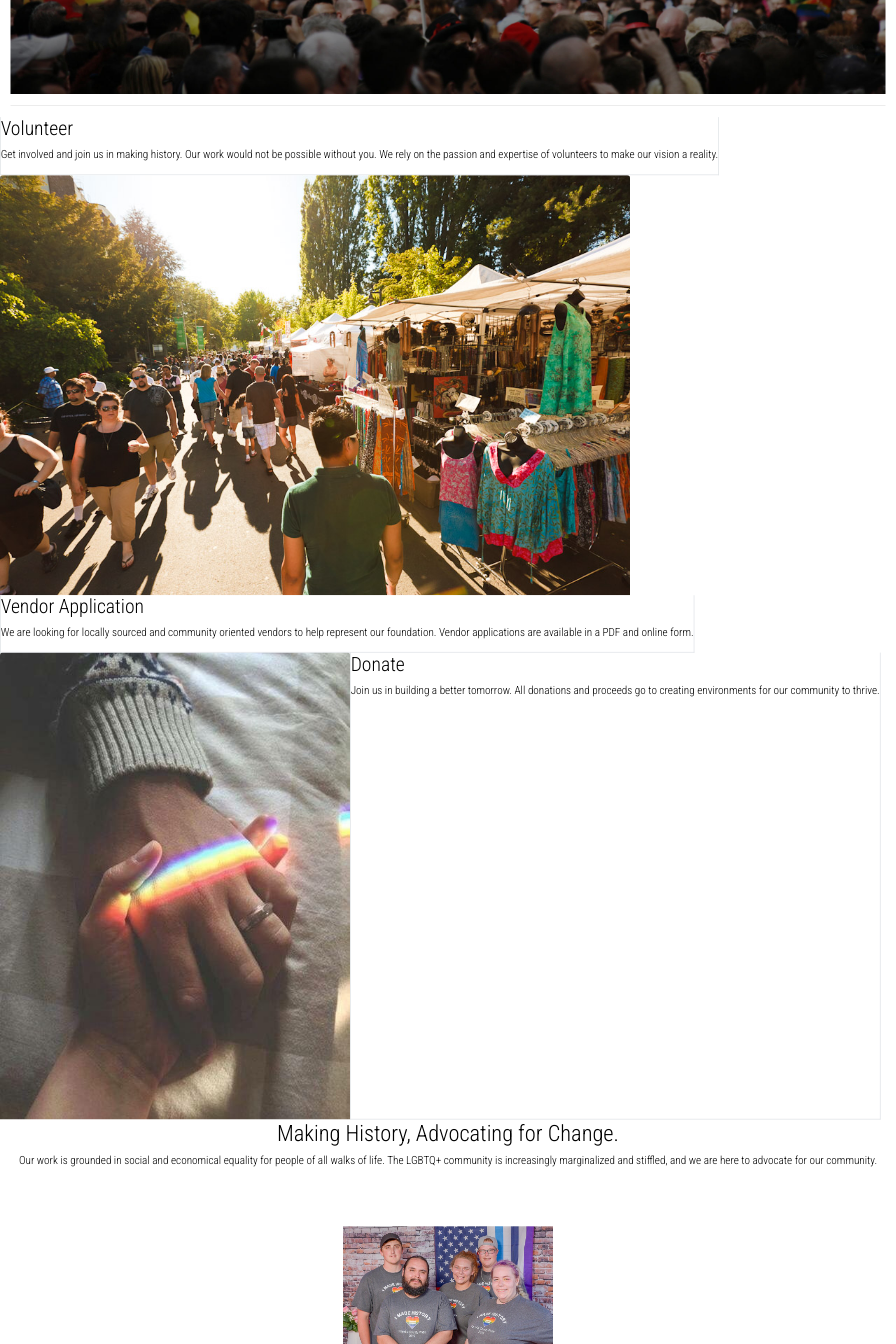
Repository: Code-Institute-Submissions/https-github.com-callendera-Milestone-Project-2
Page: index.html
The author's editor kept a record of every edit. The page is drawn from the files as they stood at one moment, then again after the next edit.
The browser window is 1280 px wide. The pictures show the part of the page from y = 586 to 2506 px (the page is 2773 px tall before and 2173 px after), at 70% of full size.
Backgrounds fixed to the window are drawn as part of the page. Some web libraries are served in a nearby version.

Above is the page before.

After the next edit:
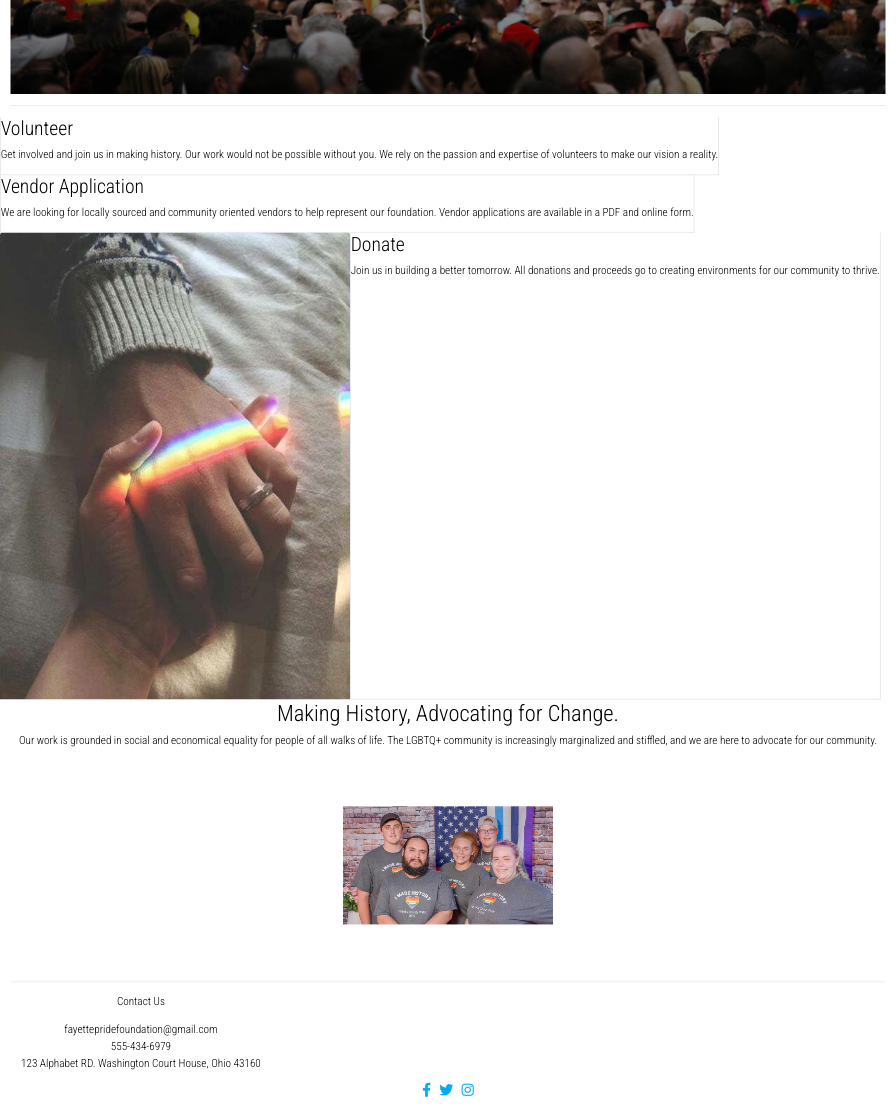
The edit:
--- a/index.html
+++ b/index.html
@@ -82,7 +82,7 @@
         </div>
         <div class="row">
             <div class="involved-div">
-                <img src="assets/images/vendors.jpg" class="rounded-top float-right" alt="...">
+                <!--<img src="assets/images/vendors.jpg" class="rounded-top float-right" alt="...">-->
             </div>
             <span class="border-top-0 border">
                 <h3>Vendor Application</h3>
